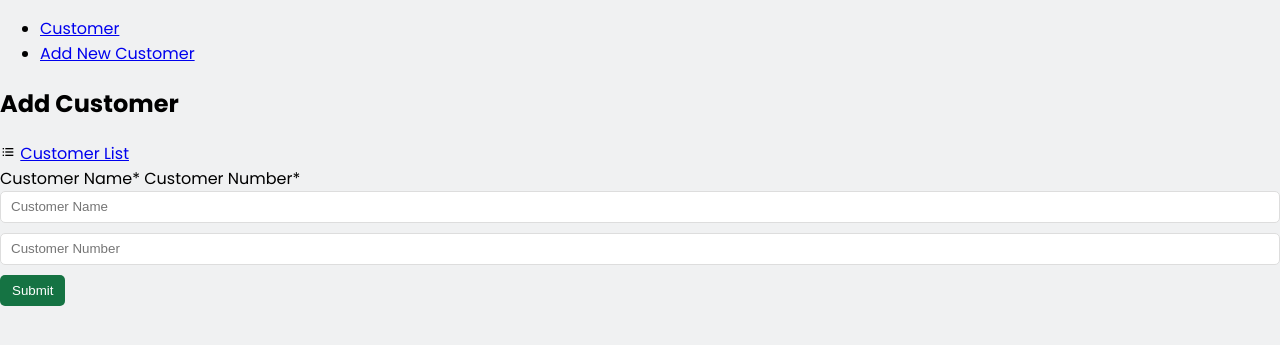
Repository: codebyaddro/customer-page
Page: pages/html/ancus.html
The author's editor kept a copy of each file at every save. The page is drawn from the files as they stood at one save, then again after a run of saves.
The browser window is 1280 px wide. The pictures show the whole page.

Above is the page before, as saved 2025-02-20 15:05:20.

### pages/html/ancus.html
<!DOCTYPE html>
<html lang="en">
<head>
    <meta charset="UTF-8">
    <meta name="viewport" content="width=device-width, initial-scale=1.0">
    <!-- CSS -->
    <link rel="stylesheet" href="/pages/css/ancus.css">
    <!-- Icons -->
    <link href='https://unpkg.com/boxicons@2.1.4/css/boxicons.min.css' rel='stylesheet'>
    <title>Add New Customer - Page</title>
</head>
<body>
    <div class="cba-add-new-cus-container">
        <div class="cba-ancus-top-menus">
            <ul>
                <li><a href="/index.html" class="cba-ancus-light-up">Customer</a></li>
                <li><a href="/inner-pages/html/anc.html" class="cba-ancus-active-menu">Add New Customer</a></li>
            </ul>
        </div>
        <div class="cba-ancus-add-container">
            <div class="cba-ancus-heading-add-new-btn">
                <div class="cba-ancus-heading">
                    <h2>Add Customer</h2>
                </div>
                <div class="cba-ancus-cate-list-btn">
                    <i class='cba-ancus-add-icon bx bx-list-ul'></i>
                    <a href="/index.html">Customer List</a>
                </div>
            </div>
            <div class="cba-ancus-category-add-field">
                <div class="cba-ancus-form-con">
                    <div class="cba-ancus-label">
                        <label for="customer-name">Customer Name<span class="cba-ancus-required">*</span></label>
                        <label for="customer-number">Customer Number<span class="cba-ancus-required">*</span></label>
                    </div>
                    <div class="cba-ancus-input">
                        <input type="text" name="customer-name" id="customer-name" placeholder="Customer Name">
                        <input type="text" name="customer-number" id="customer-number" placeholder="Customer Number">
                        <div class="cba-ancus-submit-btn">
                            <input type="submit">
                        </div>
                    </div>
                </div>
            </div>
        </div>
    </div>
</body>
</html>

### pages/css/ancus.css
/* -- fonts -- */
@import url('https://fonts.googleapis.com/css2?family=Poppins:ital,wght@0,100;0,200;0,300;0,400;0,500;0,600;0,700;0,800;0,900;1,100;1,200;1,300;1,400;1,500;1,600;1,700;1,800;1,900&family=Raleway:ital,wght@0,100..900;1,100..900&family=Roboto:ital,wght@0,100;0,300;0,400;0,500;0,700;0,900;1,100;1,300;1,400;1,500;1,700;1,900&family=VT323&display=swap');

/* -- root -- */

:root {
    --gray-white: #F0F1F2;
    --white: #FFFFFF;
    --black: #000000;
    --gray-black: #DDDDDD;
    --light-black: #212523;
    --main-green: #157343;
    --main-light: #37A000;
    --light-orange: #FD7E14;
    --green: #008000;
    --light-green: #e9f6ec;
    --red: #FF0000;
    --light-red: #fbeaec;
}

/* ---------- */

* {
    box-sizing: border-box;
}

body {
    margin: 0;
    padding: 0;
    font-family: "Poppins", serif;
    background-color: var(--gray-white);
}

::selection {
    color: var(--white);
    background-color: var(--main-light);
}

/* -- add new container style -- */

.add-new-container {
    width: 100%;
    margin-top: 25px;
}

/* -- top menus style--  */

.top-menus {
    background-color: var(--white);
    display: flex;
    justify-content: left;
    align-items: center;
    height: 60px;
    margin-bottom: 15px;
}

.top-menus ul {
    list-style-type: none;
    display: flex;
    gap: 30px;
    margin-left: -20px;
}

.top-menus ul li a {
    text-decoration: none;
    color: var(--black);
    font-size: 15px;
    font-weight: 500;
}

/* -- active menu style -- */

.active-menu {
    color: var(--white)!important;
    background-color: var(--main-green);
    padding: 8px 12px;
    border-radius: 5px;
}

/* -- menu hover style -- */

.light-up:hover {
    color: var(--light-orange);
}

/* -- list container style -- */

.add-container {
    background-color: var(--white);
    padding: 0px 20px;
}

/* -- heading-add-new-btn style -- */

.heading-add-new-btn {
    display: flex;
    justify-content: space-between;
    align-items: center;
    border-bottom: 1px solid var(--gray-black);
}

.heading h2 {
    color: var(--light-black);
    font-size: 25px;
    font-weight: 500;
}

/* -- add-new-btn style -- */

.cate-list-btn {
    display: flex;
    gap: 5px;
    justify-content: baseline;
    align-items: center;
}

.cate-list-btn {
    background-color: var(--main-green);
    padding: 5px 10px;
    border-radius: 5px;
}

.cate-list-btn a {
    color: var(--white);
    text-decoration: none;
}

.add-icon {
    color: var(--white);
    font-size: 20px;
}

/* -- category add field style -- */

/* -- label red star style -- */
.required {
    color: var(--red);
}

.category-add-field {
    width: 50%;
    padding-top: 30px;
    padding-bottom: 20px;
}

.form-con {
    display: grid;
    gap: 20px;
    grid-template-columns: 25% 75%;
}

.form-con .label {
    display: flex;
    justify-content: left;
    flex-direction: column;
}

.form-con .input {
    display: flex;
    justify-content: left;
    flex-direction: column;
    width: 500px;
}

.form-con .label label {
    color: var(--light-black);
    font-size: 15px;
    font-weight: 500;
    margin-bottom: 22.5px;
}

input[type="text"] {
    width: 100%;
    padding: 7.5px 10px;
    border: 1px solid var(--gray-black);
    border-radius: 5px;
    outline: none;
    margin-top: 0px;
    margin-bottom: 10px;
}

select {
    width: 100%;
    padding: 7.5px 10px;
    border: 1px solid var(--gray-black);
    border-radius: 5px;
    outline: none;
    appearance: none;
}

.submit-btn {
    display: flex;
    justify-content: right;
    margin-top: 10px;
}

input[type="submit"] {
    background-color: var(--main-green);
    color: var(--white);
    border: none;
    border-radius: 5px;
    padding: 8px 12px;
    cursor: pointer;
}

After the next 3 saves:
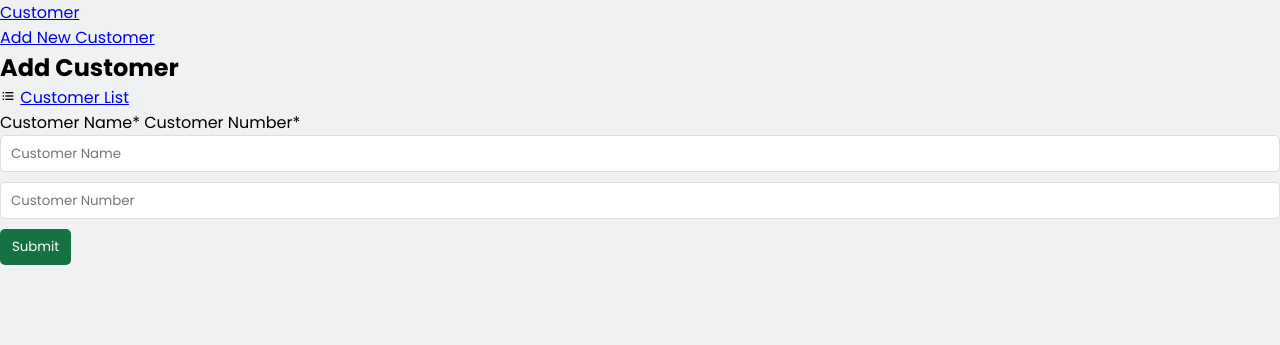
The 3 saves are shown as one change because they came seconds apart.
The last was saved 78 s later.
--- a/pages/css/ancus.css
+++ b/pages/css/ancus.css
@@ -21,13 +21,14 @@
 /* ---------- */
 
 * {
-    box-sizing: border-box;
-}
-
-body {
     margin: 0;
     padding: 0;
+    box-sizing: border-box;
     font-family: "Poppins", serif;
+}
+
+body {
+
     background-color: var(--gray-white);
 }
 
